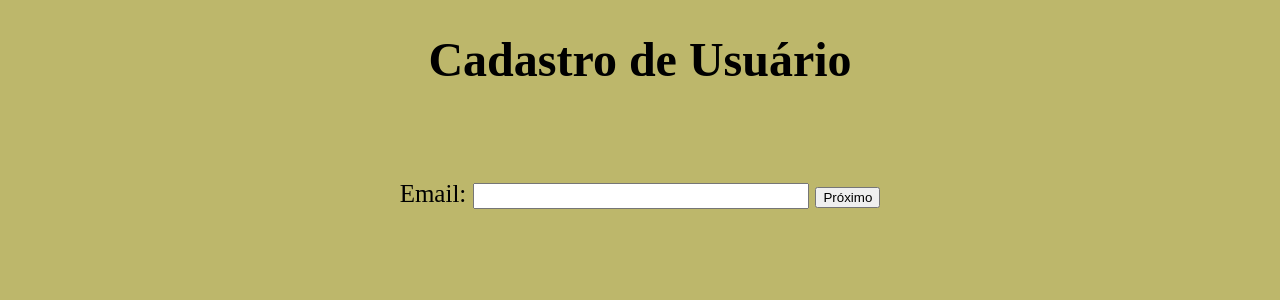
Repository: yoda4ever/playground
Page: http://localhost/Mod06_ex02B/tela1.jsp
The author's editor kept a copy of each file at every save. The page is drawn from the files as they stood at one save, then again after the next save.
The browser window is 1280 px wide. The pictures show the whole page.
The page is served by Tomcat 9.

Above is the page before, as saved 2017-05-06 15:51:48.

After the next save:
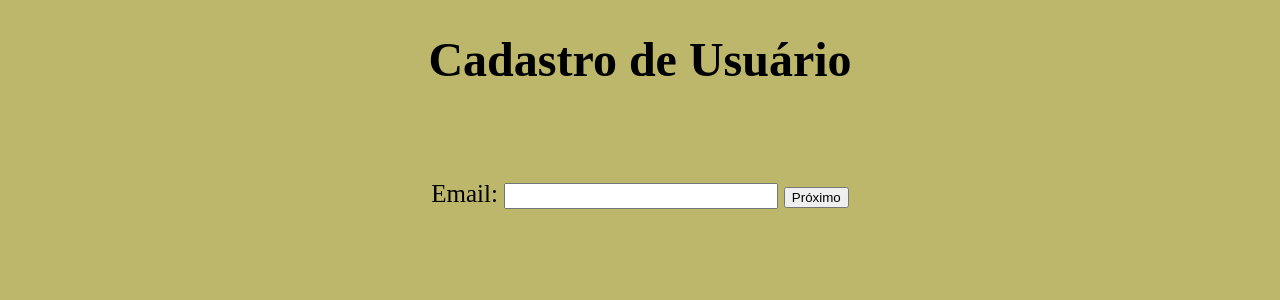
Saved 87 s later.
--- a/Mod06_ex02B/WebContent/tela1.jsp
+++ b/Mod06_ex02B/WebContent/tela1.jsp
@@ -21,7 +21,7 @@
 				<input type="hidden" name="pagina" value="1">
 
 				<p style="font-size: 25px;font-family: cursive;"> Email:
-					<input type="text" maxlength="35" name="email" style="height: 20px; width: 26%; font-size: 20px; text-align: center;">
+					<input type="text" maxlength="35" name="email" style="height: 20px; width: 21%; font-size: 20px; text-align: center;">
 					<button>Próximo</button>
 				</p>
 			</form>
